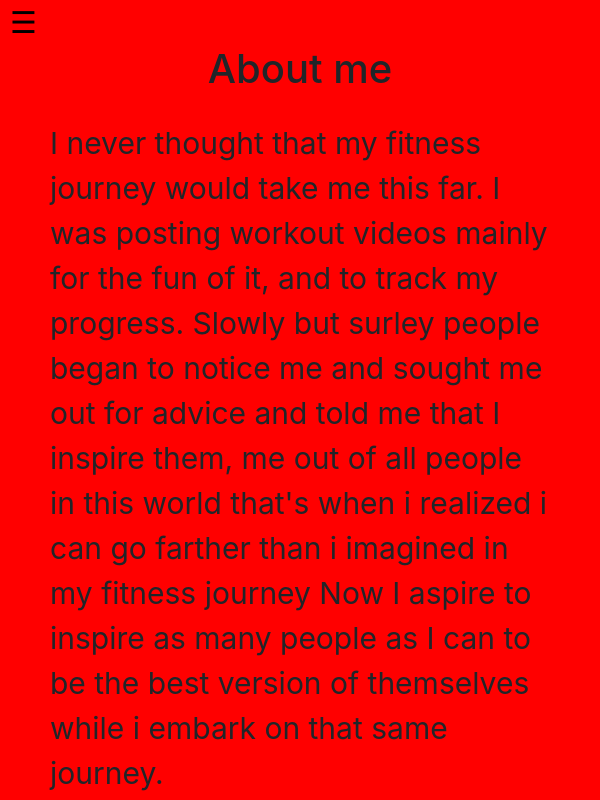
Repository: mamadont/MamadouFitnessWebsite
Page: pages-html/about-me.html
The author's editor kept a copy of each file at every save. The page is drawn from the files as they stood at one save, then again after the next save.
The browser window is 600 px wide. The pictures show the whole page.
Some web libraries are served in a nearby version.

Above is the page before, as saved 2020-07-08 23:09:21.

After the next save:
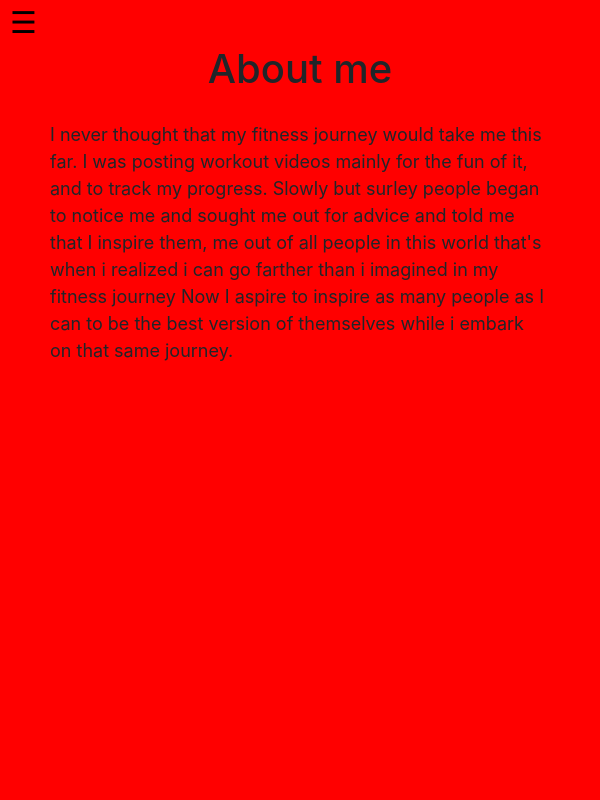
Saved 45 s later.
--- a/pages-css/about-me.css
+++ b/pages-css/about-me.css
@@ -105,7 +105,13 @@ p {
     text-align: center;
 }
 
+
+/* For smaller screens */
+
 @media(max-width: 767px) {
+    p {
+        font-size: large;
+    }
     #about-me-desc {
         padding: 20px;
     }
